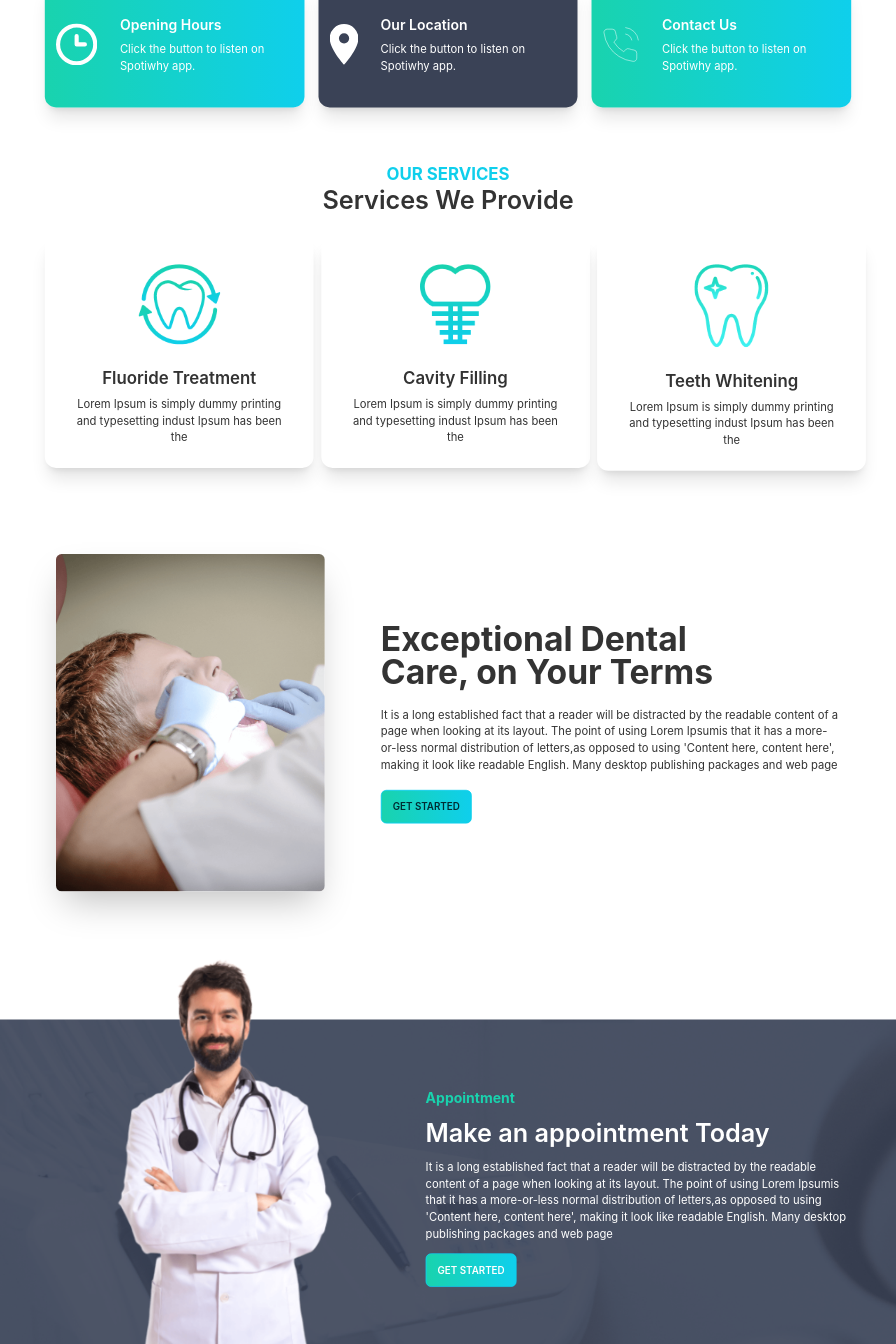
Repository: Tanvir3744/Doctors-client-website
Page: /
These files come from the project's save history. The page is drawn as it stood at one moment and after the next save; the edit follows.
The browser window is 1280 px wide. The pictures show the part of the page from y = 699 to 2619 px (the page is 2619 px tall), at 70% of full size.
The project was rebuilt for these pictures with package versions that can differ from the ones it lists, and the page was loaded fresh each time. Also part of the build but not shown: src/Pages/About/About.js, src/Pages/Login/Login.js, src/Pages/NotFound/NotFound.js.

Above is the page before, as saved 2022-05-25 20:51:19.

### src/App.js
import { Routes, Route } from 'react-router-dom'
import About from './Pages/About/About';
import Home from './Pages/Home/Home';
import Login from './Pages/Login/Login';
import NotFound from './Pages/NotFound/NotFound';
import Navbar from './Pages/Shared/Navbar';
function App() {
  return (
    <div className="App">
      <Navbar></Navbar>
      <Routes>
        <Route path='/' element={<Home />}></Route>
        <Route path='/home' element={<Home />}></Route>
        <Route path='/about' element={<About />}></Route>
        <Route path='/login' element={<Login />}></Route>
        <Route path='*' element={<NotFound />}></Route>
      </Routes>
    </div>
  );
}

export default App;

### src/Pages/Home/Home.js
import React from 'react';
import InfoCards from '../../components/InfoCards';
import Banner from './Banner/Banner';
import MakeAppointment from './MakeAppointment';
import ServiceHero from './ServiceHero';
import Services from './Services';

const Home = () => {
    return (
        <div>
            <Banner />
            <InfoCards />
            <Services />
            <ServiceHero />
            <MakeAppointment />
        </div>
    );
};

export default Home;

### src/Pages/Shared/Navbar.js
import React from 'react';
import { Link } from 'react-router-dom';

const Navbar = () => {
    //menu items stored here
    const menuItems = <>
        <li><Link to="/">Home</Link></li>
        <li><Link to="/about">About</Link></li>
        <li><Link to="/appointment">Appointmenet</Link></li>
        <li><Link to="/reviews">Reviews</Link></li>
        <li><Link to="/contact">Contact Us</Link></li>
        <li><Link to="/login">Log in </Link></li>
    </>
    return (
        <div>
            <div class="navbar bg-base-100">
                <div class="navbar-start">
                    <div class="dropdown">
                        <label tabindex="0" class="btn btn-ghost lg:hidden">
                            <svg xmlns="http://www.w3.org/2000/svg" class="h-5 w-5" fill="none" viewBox="0 0 24 24" stroke="currentColor"><path stroke-linecap="round" stroke-linejoin="round" stroke-width="2" d="M4 6h16M4 12h8m-8 6h16" /></svg>
                        </label>
                        <ul tabindex="0" class="menu menu-compact dropdown-content mt-3 p-2 shadow bg-base-100 rounded-box w-52">
                           {menuItems}
                        </ul>
                    </div>
                    <Link to='/' class="btn btn-ghost normal-case text-xl">daisyUI</Link>
                </div>
                <div class="navbar-center hidden lg:flex">
                    <ul class="menu menu-horizontal p-0">
                        {menuItems}
                    </ul>
                </div>
            </div>
        </div>
    );
};

export default Navbar;

### src/components/InfoCards.js
import React from 'react';
import ChildInfoCards from './ChildInfoCards';
import Clock from './../assets/icons/clock.svg'
import Marker from './../assets/icons/marker.svg'
import Phone from './../assets/icons/phone.svg'
const InfoCards = () => {

    return (
        <div className='grid px-16 grid-cols-1 lg:grid-cols-3 gap-5 -mt-28'>
            <ChildInfoCards bgClass='bg-gradient-to-r from-secondary to-primary' cardTitle='Opening Hours' img={Clock} />
            <ChildInfoCards bgClass='bg-warning' cardTitle='Our Location' img={Marker} />
            <ChildInfoCards bgClass='bg-gradient-to-r from-secondary to-primary' cardTitle='Contact Us' img={Phone} />
        </div>
    );
};

export default InfoCards;

### src/Pages/Home/Banner/Banner.js
import React from 'react';
import chair from '../../../assets/images/chair.png'
const Banner = () => {
    return (
        <div className='px-12'>
            <div class="hero min-h-screen conatiner mx-auto">
                <div class="hero-content flex-col lg:flex-row-reverse -mt-28">
                    <img src={chair} class="max-w-sm rounded-lg shadow-2xl " />
                    <div className='px-16'>
                        <h1 class="text-5xl font-bold">Box Office News!</h1>
                        <p class="py-6">Provident cupiditate voluptatem et in. Quaerat fugiat ut assumenda excepturi exercitationem quasi. In deleniti eaque aut repudiandae et a id nisi.</p>
                        <button class="btn btn-primary text-white rounded-lg bg-gradient-to-r from-secondary to-primary">Get Started</button>
                    </div>
                </div>
            </div>
        </div>
    );
};

export default Banner;

### src/Pages/Home/MakeAppointment.js
import React from 'react';
import Appointment from "../../assets/images/appointment.png";
import Doctor from '../../assets/images/doctor.png';
const MakeAppointment = () => {
    return (
        <div style={{background:`url(${Appointment})`}} className='flex justify-center items-center mt-16'>
            <div className='flex-1 -mt-36 hidden sm:block '>
                <img src={Doctor} alt="Doctors image" />
            </div>
            <div className='flex-1 pr-16 '>
                <h6 className='my-4 text-secondary text-xl font-bold'>Appointment</h6>
                <h5 className='my-4 text-white text-4xl font-semibold'>Make an appointment Today</h5>
                <p className='my-4 text-white'>It is a long established fact that a reader will be distracted by the readable content of a page when looking at its layout. The point of using Lorem Ipsumis that it has a more-or-less normal distribution of letters,as opposed to using 'Content here, content here', making it look like readable English. Many desktop publishing packages and web page</p>
                <button className="btn btn-primary bg-gradient-to-r from-secondary text-white font-semibold to-primary">Get Started</button>
            </div>
        </div>
    );
};

export default MakeAppointment;

### src/Pages/Home/ServiceHero.js
import React from 'react';
import Treatment from '../../assets/images/treatment.png'

const ServiceHero = () => {
    return (
        <div>
            <div class="hero min-h-screen px-16">
                <div class="hero-content flex-col lg:flex-row">
                    <img src={Treatment} class="max-w-sm rounded-lg shadow-2xl" />
                    <div className="ml-16">
                        <h1 class="text-5xl font-bold">Exceptional Dental </h1>
                        <h1 class="text-5xl font-bold">Care, on Your Terms</h1>
                        <p class="py-6">It is a long established fact that a reader will be distracted by the readable content of a page when looking at its layout. The point of using Lorem Ipsumis that it has a more-or-less normal distribution of letters,as opposed to using 'Content here, content here', making it look like readable English. Many desktop publishing packages and web page</p>
                        <button class="btn btn-primary bg-gradient-to-r from-secondary to-primary">Get Started</button>
                    </div>
                </div>
            </div>
        </div>
    );
};

export default ServiceHero;

### src/Pages/Home/Services.js
import React from 'react';
import Fluoride from '../../assets/images/fluoride.png';
import Cavity from '../../assets/images/cavity.png';
import Whitening from '../../assets/images/whitening.png';
import Service from './Service';
const Services = () => {
    const serviceData = [
        {
            _id: 1,
            img: Fluoride,
            name: 'Fluoride Treatment',
            desc: 'Lorem Ipsum is simply dummy printing and typesetting indust Ipsum has been the',
        },
        {
            _id: 2,
            img: Cavity,
            name: 'Cavity Filling',
            desc: 'Lorem Ipsum is simply dummy printing and typesetting indust Ipsum has been the'
        },
        {
            _id: 3,
            img: Whitening,
            name: 'Teeth Whitening',
            desc: 'Lorem Ipsum is simply dummy printing and typesetting indust Ipsum has been the'
        }

    ]
    return (
        <div>
            <div className=' text-center mt-20'>
                <h3 className='text-primary uppercase font-bold text-2xl'>Our Services</h3>
                <h2 className='text-4xl text-dark capitalize font-semibold'>Services we provide</h2>
            </div>
            <div className="service-cards gap-8 grid sm:grid-cols-1 md:grid-cols-2 lg:grid-cols-3  mt-8 px-16">
                {
                    serviceData.map(serve => <Service key={serve._id} service = {serve}></Service>)
                }
            </div>
        </div>
    );
};

export default Services;

### src/components/ChildInfoCards.js
import React from 'react';

const ChildInfoCards = (props) => {
    const {img, cardTitle, bgClass} = props;
    return (
        <div className='container'>
            <div className={`card lg:card-side shadow-xl p-4 pl-4  ${bgClass}`}>
                <figure><img src={img} alt="Info cards" /></figure>
                <div class="card-body text-white">
                    <h2 class="card-title">{cardTitle}</h2>
                    <p>Click the button to listen on Spotiwhy app.</p>
                </div>
            </div>
        </div>
    );
};

export default ChildInfoCards;

### src/Pages/Home/Service.js
import React from 'react';

const Service = (props) => {
    const {name, img, desc} = props.service;
    return (
        <div>
            <div className="card   w-96 bg-base-100 shadow-xl">
                <figure className="px-10 pt-10">
                    <img src={img} alt="Shoes" className="rounded-xl" />
                </figure>
                <div className="card-body items-center text-center">
                    <h2 className="card-title font-semibold text-2xl">{name}</h2>
                    <p>{desc}</p>
                </div>
            </div>
        </div>
    );
};

export default Service;

### tailwind.config.js
module.exports = {
  content: ["./src/**/*.{html,js}"],
  theme: {
    extend: {},
  },
  daisyui: {
    themes: [
      {

        mytheme: {
          primary: "#0FCFEC",
          secondary: "#19D3AE",
          neutral: "#3d4451",
          warning : "#3A4256",
          accent: "#37cdbe",
          "base-100": "#ffffff",
        },
      },
      "cupcake",
    ],
  },
  plugins: [require("daisyui")],
}

Loaded but not shown: public/index.html (common file); src/index.js (common file); src/index.css (common file); src/reportWebVitals.js (common file)

After the next save:
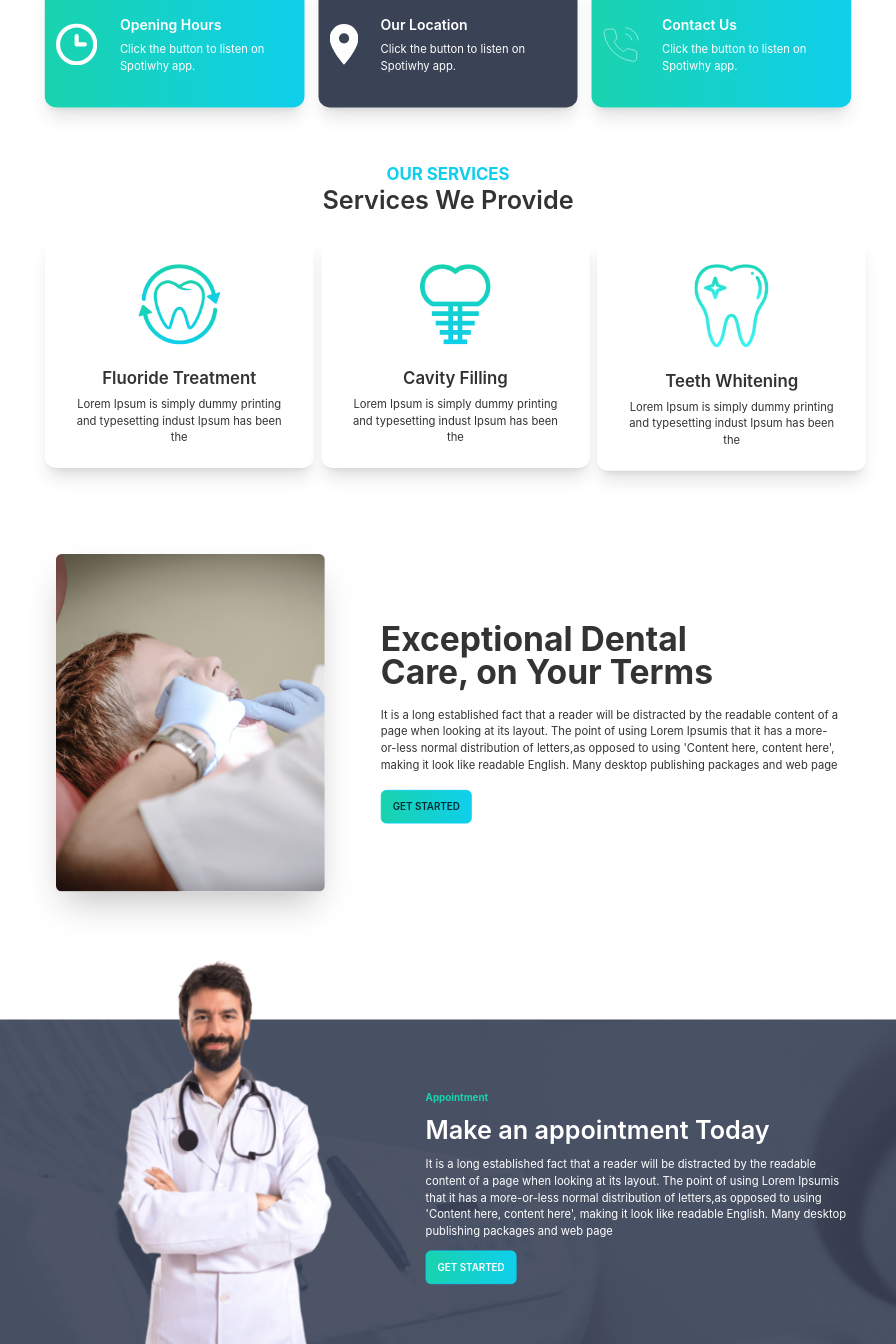
Saved 101 s later.
--- a/src/Pages/Home/MakeAppointment.js
+++ b/src/Pages/Home/MakeAppointment.js
@@ -8,7 +8,7 @@ const MakeAppointment = () => {
                 <img src={Doctor} alt="Doctors image" />
             </div>
             <div className='flex-1 pr-16 '>
-                <h6 className='my-4 text-secondary text-xl font-bold'>Appointment</h6>
+                <h6 className='my-4 text-secondary text-xl font-bold lg:text-sm'>Appointment</h6>
                 <h5 className='my-4 text-white text-4xl font-semibold'>Make an appointment Today</h5>
                 <p className='my-4 text-white'>It is a long established fact that a reader will be distracted by the readable content of a page when looking at its layout. The point of using Lorem Ipsumis that it has a more-or-less normal distribution of letters,as opposed to using 'Content here, content here', making it look like readable English. Many desktop publishing packages and web page</p>
                 <button className="btn btn-primary bg-gradient-to-r from-secondary text-white font-semibold to-primary">Get Started</button>
